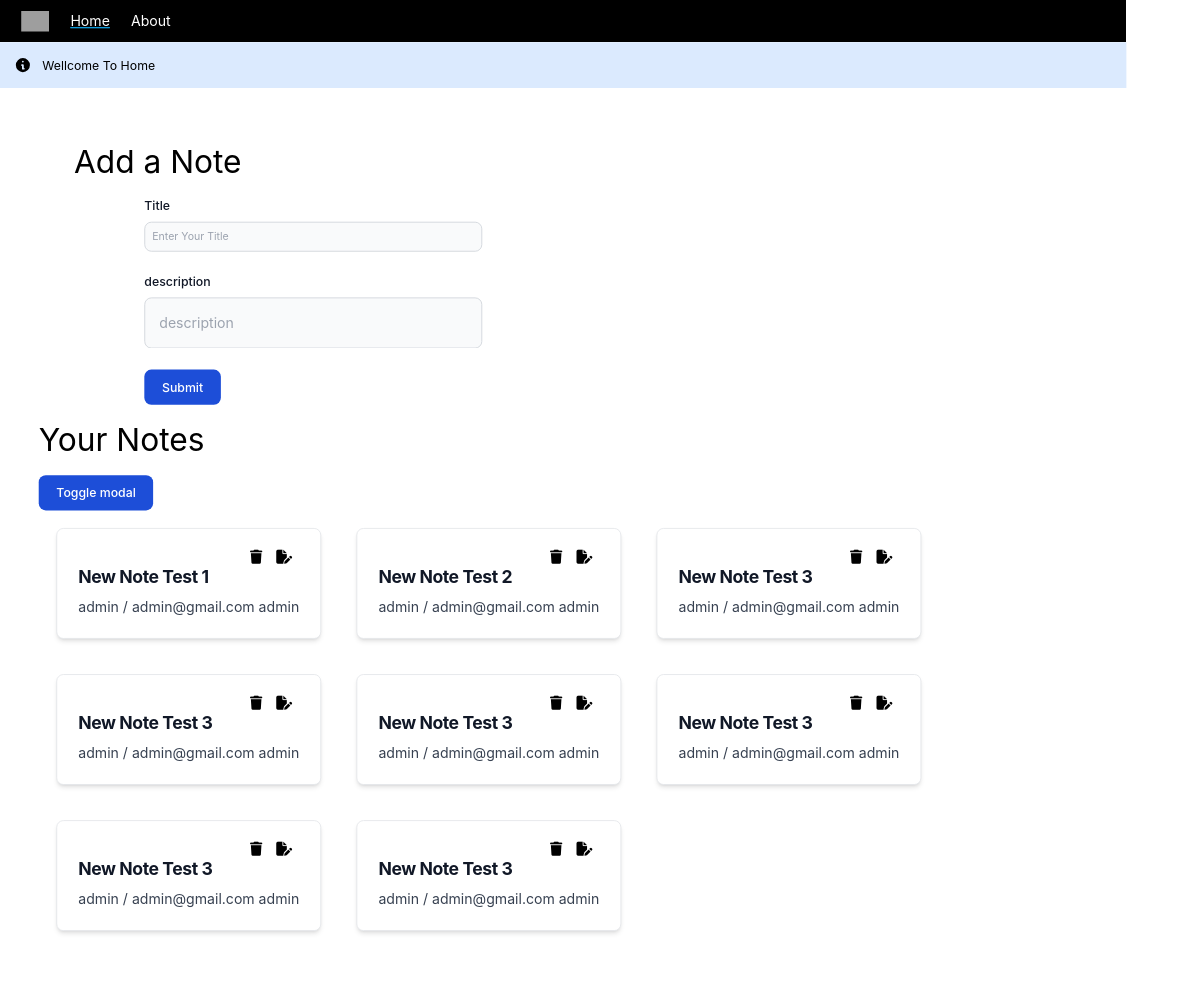
Repository: sonawaneteju4/iNote
Page: /
These files come from the project's save history. The page is drawn as it stood at one moment and after the next save; the edit follows.
The browser window is 1280 px wide. The page is 1364 px wide, then 1324 px, so the pictures cover 1364 px, including what lies to the right of the window. The pictures show the whole page, at 88% of full size.
Pictures or frames that could not be fetched are drawn as grey boxes. Some web libraries are served in a nearby version. The project was rebuilt for these pictures with package versions that can differ from the ones it lists, and the page was loaded fresh each time. Also part of the build but not shown: src/components/About.js.

Above is the page before, as saved 2022-10-10 19:59:15.

After the next save:
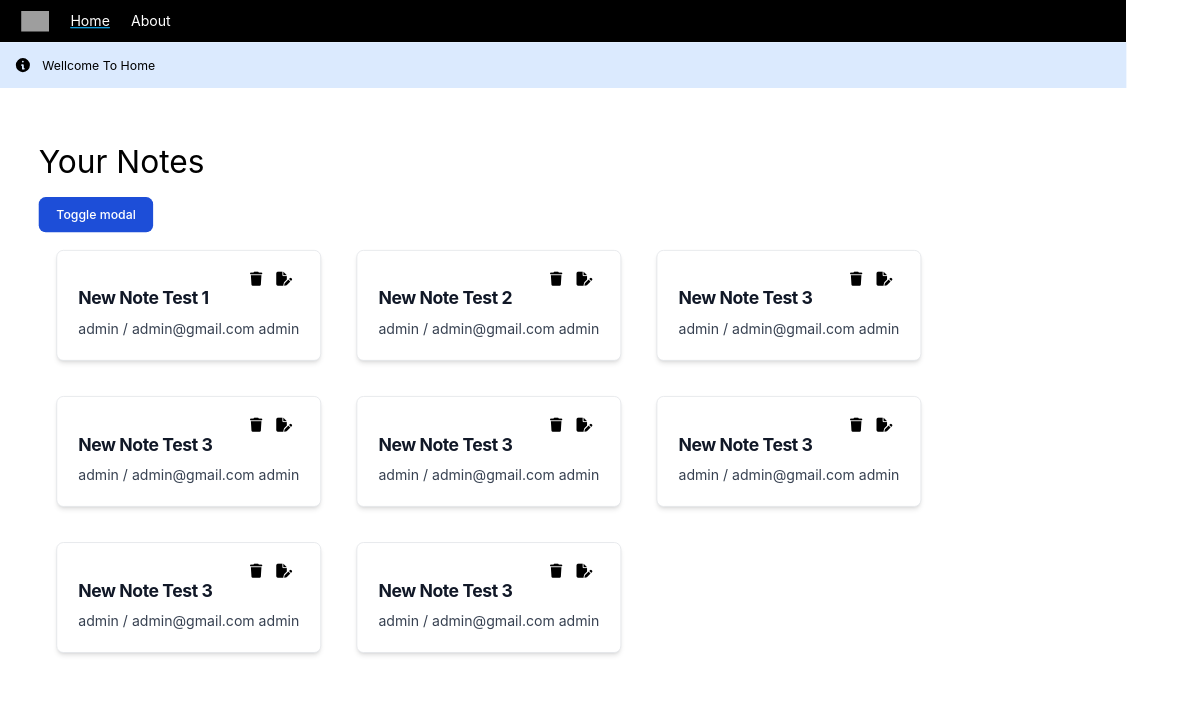
Saved 4 s later.
--- a/src/components/Notes.js
+++ b/src/components/Notes.js
@@ -9,7 +9,6 @@ const Notes = () => {
     const {notes} = context
   return (
     <div>
-        <AddNote/>
       <h1 className='py-5 text-4xl'>Your Notes</h1>
       <button class="block text-white bg-blue-700 hover:bg-blue-800 focus:ring-4 focus:outline-none focus:ring-blue-300 font-medium rounded-lg text-sm px-5 py-2.5 text-center dark:bg-blue-600 dark:hover:bg-blue-700 dark:focus:ring-blue-800" type="button" data-modal-toggle="authentication-modal">
   Toggle modal
@@ -17,6 +16,7 @@ const Notes = () => {
 
 <div id="authentication-modal" tabindex="-1" aria-hidden="true" class="hidden overflow-y-auto overflow-x-hidden fixed top-0 right-0 left-0 z-50 w-full md:inset-0 h-modal md:h-full">
     <div class="relative p-4 w-full max-w-md h-full md:h-auto">
+        <AddNote/>
 
     </div>
 </div>
